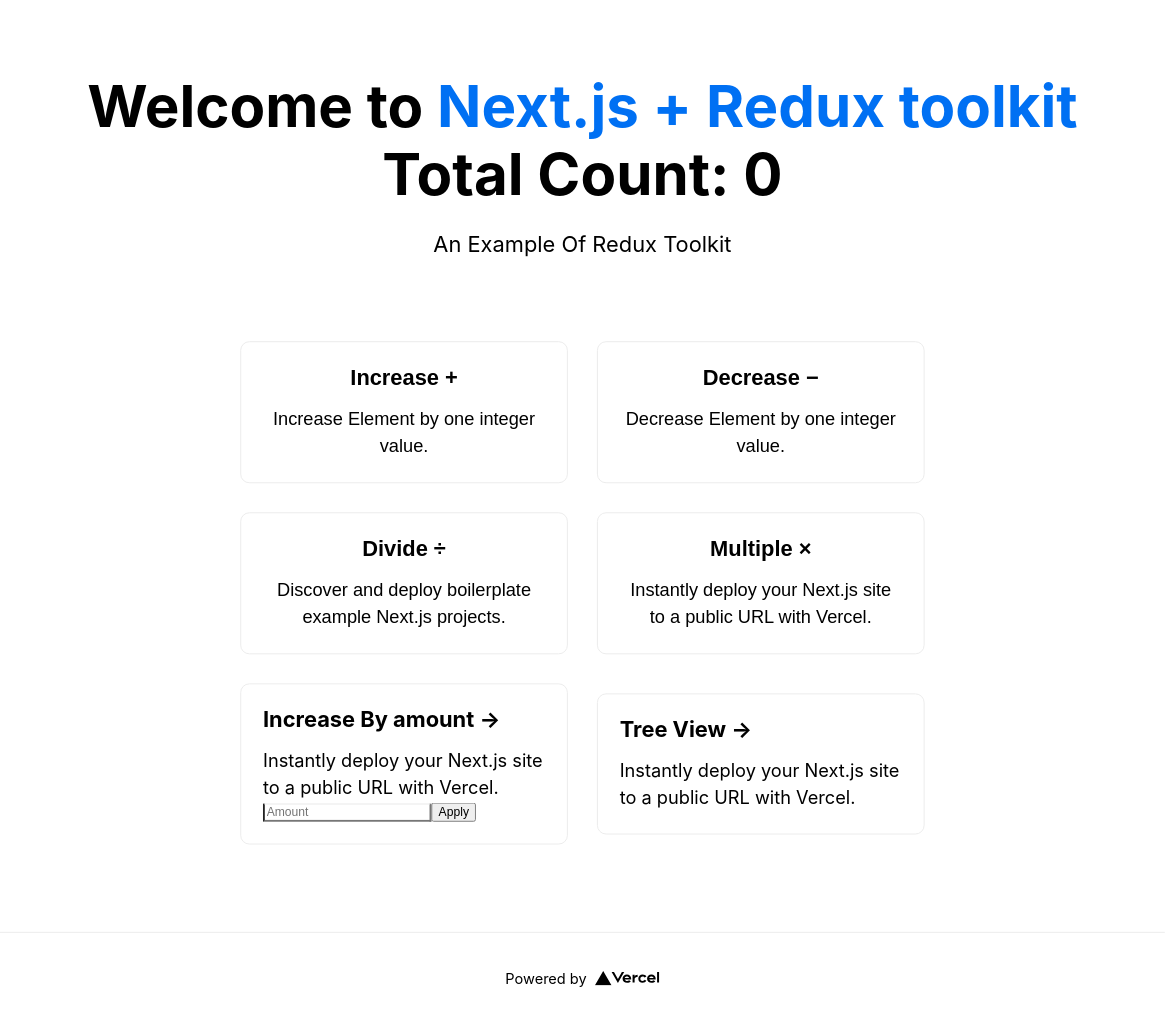
Repository: TECHIE404/Redux-Example
Page: /
An editor plug-in stored every save of this project. The page is shown before and after the next save, followed by the edit.
The browser window is 1280 px wide. The pictures show the whole page, at 91% of full size.
The project was rebuilt for these pictures with package versions that can differ from the ones it lists, and the page was loaded fresh each time. The framework's server and built-in components were replaced by stand-ins that run in the browser. Also part of the build but not shown: next.config.js.

Above is the page before, as saved 2022-06-10 00:57:21.

### pages/index.js
import styles from '../styles/Home.module.css'
import Header from "../src/components/head";
import Main from "../src/components/mainPage";
import Footer from "../src/components/footer";

import {Provider} from 'react-redux';
import {store} from '../src/state/store';


export default function Home() {
  return (
    <div className="container">
    <Provider store={store}>
      <Header/>
      <Main />
      <Footer />
      </Provider>
    </div>
  )
}

### styles/Home.module.css
.container {
  min-height: 100vh;
  padding: 0 0.5rem;
  display: flex;
  flex-direction: column;
  justify-content: center;
  align-items: center;
  height: 100vh;
}

.main {
  padding: 5rem 0;
  flex: 1;
  display: flex;
  flex-direction: column;
  justify-content: center;
  align-items: center;
}

.amountBox{
  border-top: 1px solid #eaeaea;
}

.footer {
  width: 100%;
  height: 100px;
  border-top: 1px solid #eaeaea;
  display: flex;
  justify-content: center;
  align-items: center;
}

.footer a {
  display: flex;
  justify-content: center;
  align-items: center;
  flex-grow: 1;
}

.title a {
  color: #0070f3;
  text-decoration: none;
}

.title a:hover,
.title a:focus,
.title a:active {
  text-decoration: underline;
}

.title {
  margin: 0;
  line-height: 1.15;
  font-size: 4rem;
}

.title,
.description {
  text-align: center;
}

.description {
  line-height: 1.5;
  font-size: 1.5rem;
}

.code {
  background: #fafafa;
  border-radius: 5px;
  padding: 0.75rem;
  font-size: 1.1rem;
  font-family: Menlo, Monaco, Lucida Console, Liberation Mono, DejaVu Sans Mono,
    Bitstream Vera Sans Mono, Courier New, monospace;
}

.grid {
  display: flex;
  align-items: center;
  justify-content: center;
  flex-wrap: wrap;
  max-width: 800px;
  margin-top: 3rem;
}

.card {
  margin: 1rem;
  padding: 1.5rem;
  text-align: left;
  color: inherit;
  text-decoration: none;
  border: 1px solid #eaeaea;
  border-radius: 10px;
  transition: color 0.15s ease, border-color 0.15s ease;
  width: 45%;
}

.card:hover,
.card:focus,
.card:active {
  color: #0070f3;
  border-color: #0070f3;
}

.card h2 {
  margin: 0 0 1rem 0;
  font-size: 1.5rem;
}

.card p {
  margin: 0;
  font-size: 1.25rem;
  line-height: 1.5;
}

.logo {
  height: 1em;
  margin-left: 0.5rem;
}

@media (max-width: 600px) {
  .grid {
    width: 100%;
    flex-direction: column;
  }
}

### src/components/head.js
import React from 'react'
import Head from 'next/head'

function Header() {
  return (
    <Head>
        <title>Create Next App</title>
        <meta name="description" content="Generated by create next app" />
        <link rel="icon" href="/favicon.ico" />
      </Head>
  )
}

export default Header

### src/components/mainPage.js
import React,{useState} from 'react';
import styles from '../../styles/Home.module.css';
import {useDispatch, useSelector} from 'react-redux';
import { decrease, increase, divide, multiply, incrementByAmount } from '../state/countReducer';

function MainPage() {

    const count=useSelector((state)=> state.counter.value);
    const dispatch = useDispatch()
    const [amount, setAmount]=useState();

  return (
    <main className={styles.main}>
        <h1 className={`${styles.title}`}>
          Welcome to <a href="https://nextjs.org">Next.js + Redux toolkit</a>
        </h1>
        <h1 className={styles.title}>
          Total Count: {count}
        </h1>

        <p className={styles.description}>
         An Example Of Redux Toolkit
        </p>

        <div className={styles.grid}>

          <a  className={styles.card}>
          <button onClick={() => dispatch(increase())} style={{border:"none", background:"none"}}>
            <h2>Increase &#43;</h2>
            <p>Increase Element by one integer value.</p>
            </button>
          </a>


          <a  className={styles.card}>
          <button onClick={()=>dispatch(decrease())} style={{border:"none", background:"none"}}>
            <h2>Decrease &#8722;</h2>
            <p>Decrease Element by one integer value.</p>
            </button>
          </a>


          <a
            className={styles.card}
          >
          <button onClick={()=>dispatch(divide())} style={{border:"none", background:"none"}}>
            <h2>Divide &divide;</h2>
            <p>Discover and deploy boilerplate example Next.js projects.</p>
            </button>
          </a>

          <a
            className={styles.card}
          >
          <button onClick={()=>dispatch(multiply())} style={{border:"none", background:"none"}}>
            <h2>Multiple &times;</h2>
            <p>
              Instantly deploy your Next.js site to a public URL with Vercel.
            </p>
            </button>
          </a>
          <a
            className={styles.card}
          >
            <h2>Increase By amount &rarr;</h2>
            <p>

              Instantly deploy your Next.js site to a public URL with Vercel.
            </p>
            <input type="number" className={styles.amountBox} placeholder="Amount" defaultValue={amount}
            onChange={(e)=>setAmount(e.target.value)}/>
            <button className="btn btn-primary"
            onClick={()=>{
                dispatch(incrementByAmount(Number(amount) || 0));

            }}>Apply</button>
          </a>
          <a
            className={styles.card}
          >
            <h2>Tree View &rarr;</h2>
            <p>
              Instantly deploy your Next.js site to a public URL with Vercel.
            </p>
          </a>
        </div>
      </main>
  )
}

export default MainPage

### src/components/footer.js
import React from 'react'
import Image from 'next/image';
import styles from '../../styles/Home.module.css';

function Footer() {
  return (
    <footer className={styles.footer}>
        <a
          href="https://vercel.com?utm_source=create-next-app&utm_medium=default-template&utm_campaign=create-next-app"
          target="_blank"
          rel="noopener noreferrer"
        >
          Powered by{' '}
          <span className={styles.logo}>
            <Image src="/vercel.svg" alt="Vercel Logo" width={72} height={16} />
          </span>
        </a>
      </footer>
  )
}

export default Footer

### src/state/store.js
import {configureStore} from '@reduxjs/toolkit';
import counterReducer from './countReducer';

export const store = configureStore({
    reducer: {
        counter: counterReducer
    },
})

### src/state/countReducer.js
import { createSlice } from '@reduxjs/toolkit';

const initialState ={
    value: 0,
}

export const CounterReducer= createSlice({
    name: 'counter',
    initialState,
    reducers: {
        increase: (state)=>{
            state.value +=1;
        },
        decrease: (state)=>{
            if(state.value>0)
                state.value -=1;
        },
        divide: (state)=>{
            if(state.value>0){
                state.value /=2;
            }
        },
        multiply: (state)=>{
            if(state.value>0)
                state.value *=2;
        },
        incrementByAmount: (state,action)=>{
            state.value += action.payload
        },
    },
})

export const {increase, decrease, incrementByAmount, divide,multiply} = CounterReducer.actions;

export default CounterReducer.reducer;

Loaded but not shown: pages/_app.js (common file); styles/globals.css (common file)

After the next save:
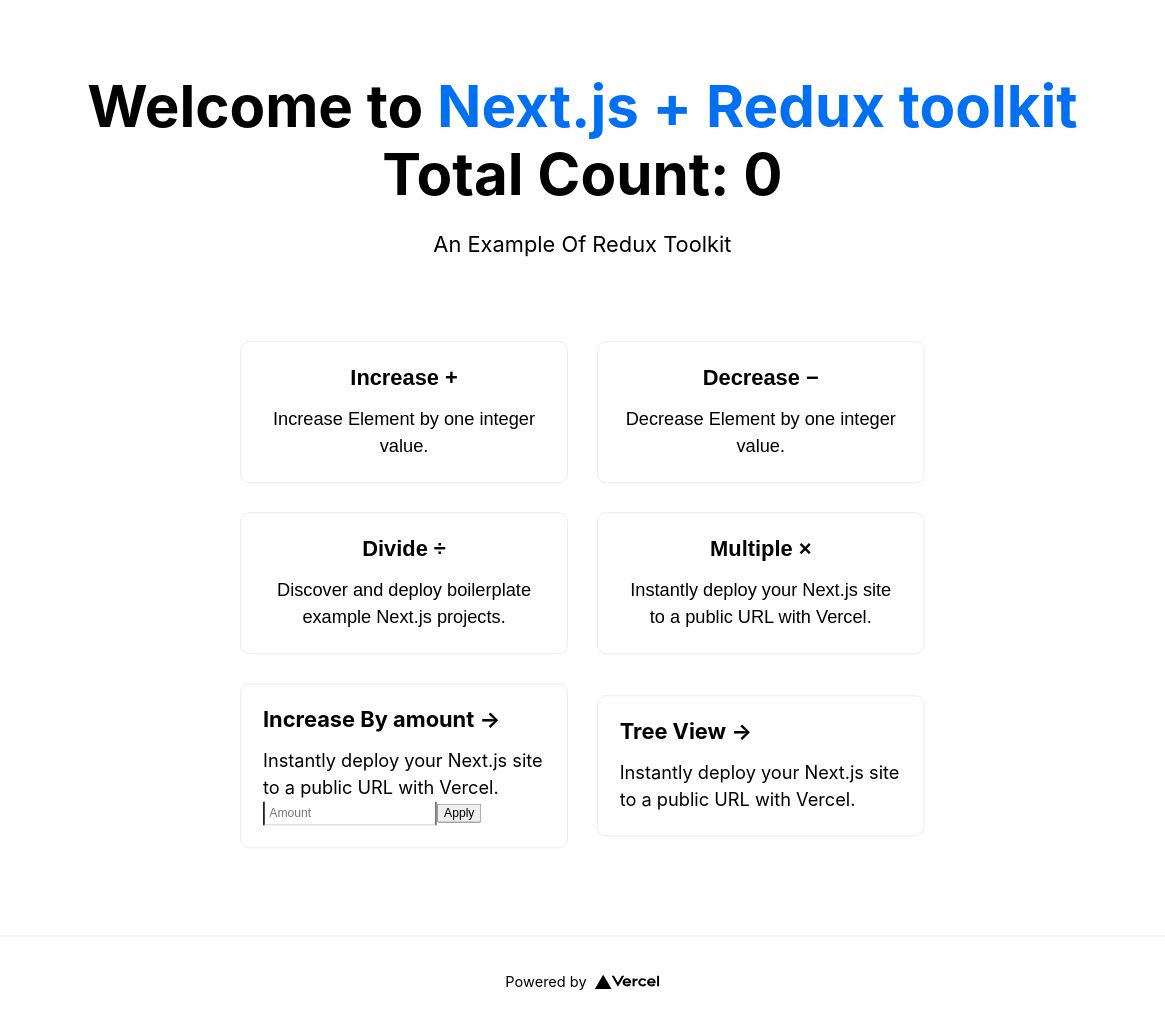
Saved 111 s later.
--- a/styles/Home.module.css
+++ b/styles/Home.module.css
@@ -18,7 +18,9 @@
 }
 
 .amountBox{
-  border-top: 1px solid #eaeaea;
+  border-top: none;
+  border-bottom: 1px solid #c3c3c9;
+  padding: 5px;
 }
 
 .footer {
